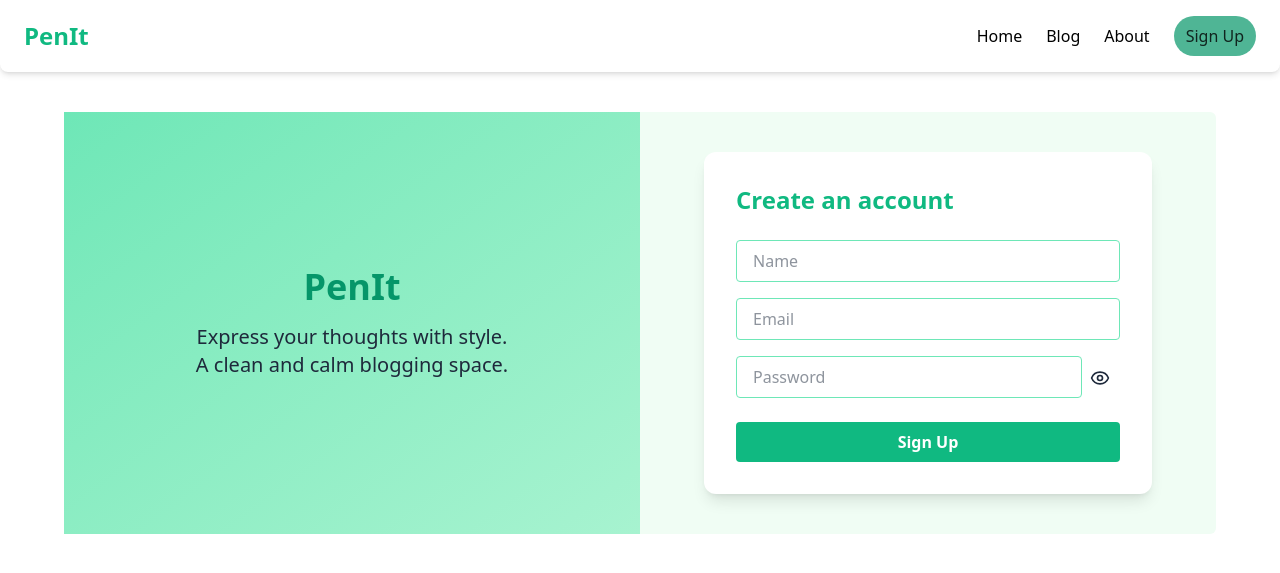
Repository: Mounika-chukkala/PenIt
Page: /signup (app in frontend/)
These files come from the project's save history. The page is drawn as it stood at one moment and after the next save; the edit follows.
The browser window is 1280 px wide. The pictures show the whole page.
The project was rebuilt for these pictures with package versions that can differ from the ones it lists, and the page was loaded fresh each time. Also part of the build but not shown: frontend/vite.config.js, frontend/src/Pages/Login.jsx, frontend/src/components/CreateBlog.jsx.

Above is the page before, as saved 2025-05-20 17:32:26.

### frontend/src/main.jsx
import { StrictMode } from 'react'
import { createRoot } from 'react-dom/client'
import './index.css'
import { Toaster } from 'react-hot-toast'
// import {BrowserRouter} from "react-router-dom"
import { BrowserRouter } from 'react-router-dom'
import App from './App.jsx'

createRoot(document.getElementById('root')).render(
  <StrictMode>
    <BrowserRouter>

    <App />
    </BrowserRouter>
  </StrictMode>,
)

### frontend/src/index.css
@import "tailwindcss";


/* :root {
  font-family: system-ui, Avenir, Helvetica, Arial, sans-serif;
  line-height: 1.5;
   font-weight: 400;

  color-scheme: light dark;
  color: rgba(255, 255, 255, 0.87);
  background-color: #242424;

  font-synthesis: none;
  text-rendering: optimizeLegibility;
  -webkit-font-smoothing: antialiased;
  -moz-osx-font-smoothing: grayscale;
}

a {
  font-weight: 500;
  color: #646cff;
  text-decoration: inherit;
}
a:hover {
  color: #535bf2;
}

body {
  margin: 0;
  display: flex;
  place-items: center;
  min-width: 320px;
  min-height: 100vh;
}

h1 {
  font-size: 3.2em;
  line-height: 1.1;
}

button {
  border-radius: 8px;
  border: 1px solid transparent;
  padding: 0.6em 1.2em;
  font-size: 1em;
  font-weight: 500;
  font-family: inherit;
  background-color: #1a1a1a;
  cursor: pointer;
  transition: border-color 0.25s;
}
button:hover {
  border-color: #646cff;
}
button:focus,
button:focus-visible {
  outline: 4px auto -webkit-focus-ring-color;
}

@media (prefers-color-scheme: light) {
  :root {
    color: #213547;
    background-color: #ffffff;
  }
  a:hover {
    color: #747bff;
  }
  button {
    background-color: #f9f9f9;
  }
} */

### frontend/src/App.jsx
import { useState } from 'react'
import { Route, Routes } from 'react-router-dom'
// import './App.css'
import Login from './Pages/Login'
import Signup from './Pages/Signup'
// import Navbar from './components/Navbar'
import Layout from "./Pages/Layout"
import CreateBlog from './components/CreateBlog'
function App() {

  return (
  <Routes>
    <Route  element={<Layout/>}>
        <Route path="/signin" element={<Login/>}></Route>
    <Route path="/signup" element={<Signup/>}></Route>
    <Route path="/create-blog" element={<CreateBlog/>}></Route>
    {/* <Route path="/search-blog" element={}></Route> */}
    {/* <Route path="*" element={}></Route> */}
    </Route>

  </Routes>
  )
}

export default App

### frontend/src/Pages/Signup.jsx
import { useState } from "react";
import { Eye,EyeOff } from "lucide-react";
import toast from "react-hot-toast";
function Signup() {
  const [userData, setUserData] = useState({
    name: "",
    email: "",
    password: "",
  });
const [isVisible,setVisible]=useState(false)
  async function handleSubmit() {
    let data = await fetch("http://localhost:3000/users", {
      method: "POST",
      body: JSON.stringify(userData),
      headers: {
        "Content-Type": "application/json",
      },
    });
    let res = await data.json();
    if(!res.success){
        toast.error(res.message);
    }
    else{
        toast.success(res.message);
        localStorage.setItem("User",JSON.stringify(res.user));
    }
  }

  return (
        <div className="max-h-screen max-w-[90%] rounded-md m-auto mt-10 flex bg-[#F0FDF4] text-[#1E293B]">
      {/* Left side visual placeholder */}
      <div className="w-1/2 flex flex-col justify-center items-center p-10 bg-gradient-to-br from-[#6EE7B7] to-[#A7F3D0]">
        <h1 className="text-4xl font-bold text-[#059669] mb-4">PenIt</h1>
        <p className="text-xl text-[#1E293B] text-center">
          Express your thoughts with style.<br /> A clean and calm blogging space.
        </p>
      </div>

      {/* Right side sign up form */}
      <div className="w-1/2 flex justify-center items-center p-10">
        <div className="bg-white p-8 rounded-xl shadow-lg w-full max-w-md">
          <h2 className="text-2xl font-bold mb-6 text-[#10B981]">Create an account</h2>
          <input
            className="w-full mb-4 px-4 py-2 border border-[#6EE7B7] rounded focus:outline-none focus:ring-2 focus:ring-[#10B981]"
            type="text"
            placeholder="Name"
            onChange={(e) => setUserData({ ...userData, name: e.target.value })}
          />
          <input
            className="w-full mb-4 px-4 py-2 border border-[#6EE7B7] rounded focus:outline-none focus:ring-2 focus:ring-[#10B981]"
            type="email"
            placeholder="Email"
            onChange={(e) => setUserData({ ...userData, email: e.target.value })}
          />
          {/* <input
            className="w-full mb-6 px-4 py-2 border border-[#6EE7B7] rounded focus:outline-none focus:ring-2 focus:ring-[#10B981]"
            type="password"
            placeholder="Password"
            onChange={(e) => setUserData({ ...userData, password: e.target.value })}
          /> */}

                            <div className="w-full flex gap-2">
                       <input
                        className="w-[90%] mb-6 px-4 py-2 border border-[#6EE7B7] rounded focus:outline-none focus:ring-2 focus:ring-[#10B981]"
                        type={isVisible?"text":"password" }
                        placeholder="Password"
                        onChange={(e) => setUserData({ ...userData, password: e.target.value })}
                      />
                       <div  className="pt-3" onClick={()=>setVisible(!isVisible)}>
             {isVisible ? <EyeOff size={20} /> : <Eye size={20} />}
                       </div>
                       </div>
          <button
            onClick={handleSubmit}
            className="w-full bg-[#10B981] hover:bg-[#059669] text-white py-2 rounded font-semibold transition duration-200"
          >
            Sign Up
          </button>
        </div>
      </div>
    </div>

  );
}

export default Signup;

### frontend/src/Pages/Layout.jsx
import { Outlet } from 'react-router-dom'
import Navbar from '../components/Navbar'

export default function Layout() {
  return (
    <>
      <Navbar />
      <Outlet />
    </>
  )
}

### frontend/src/components/Navbar.jsx
import React from "react";
import { Link } from "react-router-dom";

export default function Navbar() {
  return (
    <nav className="bg-white shadow-md px-6 py-4 flex justify-between items-center rounded-b-lg">
      <h1 className="text-2xl font-bold text-[#10B981]">PenIt</h1>
      <ul className="flex space-x-6 font-medium">
        <li className="hover:text-[#059669] pt-2 cursor-pointer">Home</li>
        <li className="hover:text-[#059669] pt-2 cursor-pointer">Blog</li>
        <li className="hover:text-[#059669] pt-2 cursor-pointer">About</li>
        {/* <li className="hover:text-[#059669] cursor-pointer">Contact</li> */}
        <Link to="/signup">
        <li className="bg-[#059669]/70 rounded-3xl px-3 py-2 text-black/80 transform hover:scale-120 transition duration-300 ease-in-out  hover:text-white cursor-pointer">Sign Up</li>
        </Link>

      </ul>
    </nav>
  );
}

Loaded but not shown: frontend/index.html (common file)

After the next save:
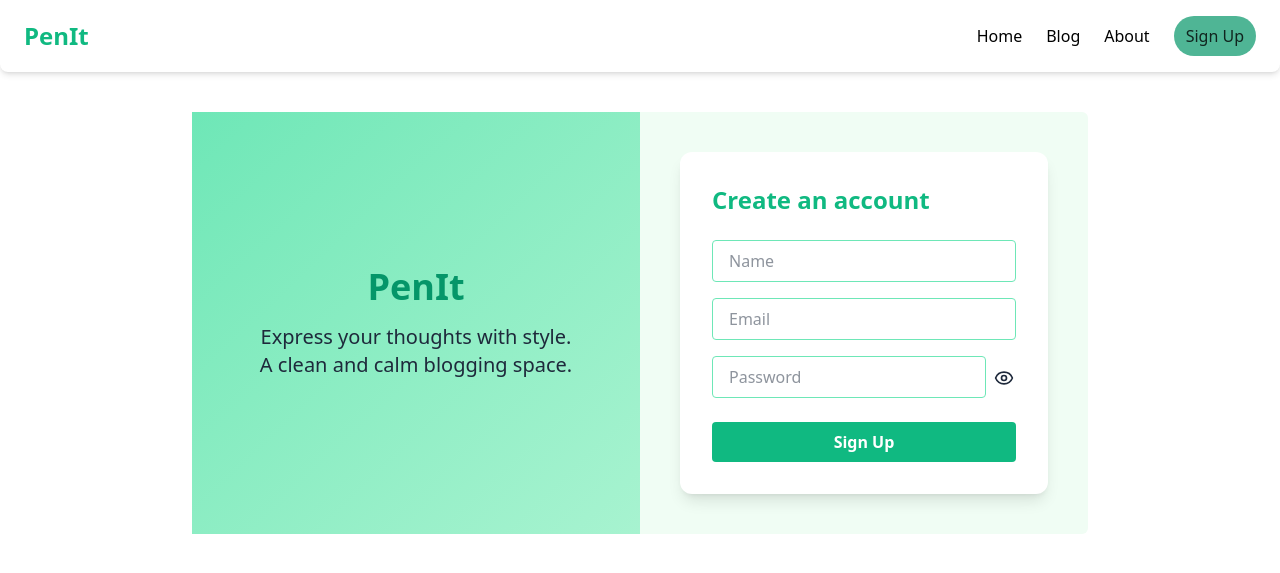
Saved 8 s later.
--- a/frontend/src/Pages/Signup.jsx
+++ b/frontend/src/Pages/Signup.jsx
@@ -27,7 +27,7 @@ const [isVisible,setVisible]=useState(false)
   }
 
   return (
-        <div className="max-h-screen max-w-[90%] rounded-md m-auto mt-10 flex bg-[#F0FDF4] text-[#1E293B]">
+        <div className="max-h-screen max-w-[70%] rounded-md m-auto mt-10 flex bg-[#F0FDF4] text-[#1E293B]">
       {/* Left side visual placeholder */}
       <div className="w-1/2 flex flex-col justify-center items-center p-10 bg-gradient-to-br from-[#6EE7B7] to-[#A7F3D0]">
         <h1 className="text-4xl font-bold text-[#059669] mb-4">PenIt</h1>
